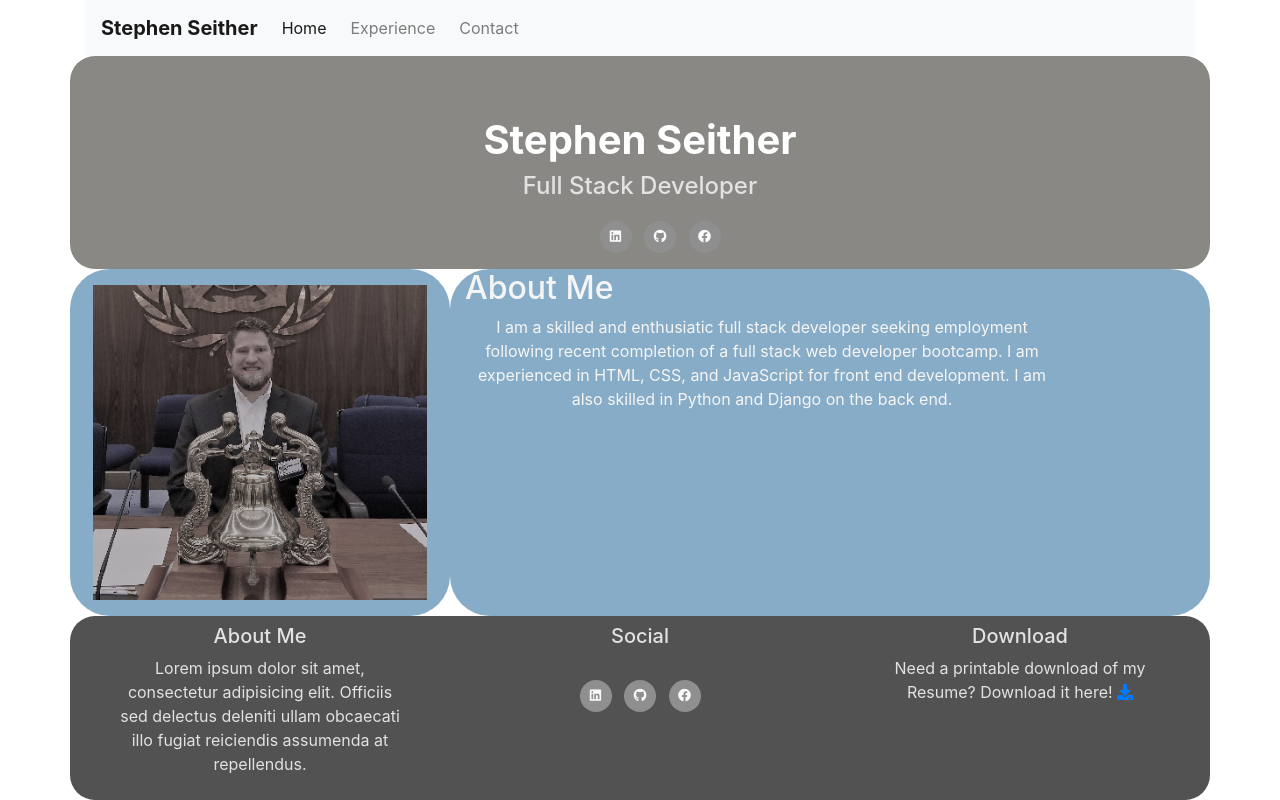
Repository: stephenseither/First-Milestone-Project
Page: index.html
The author's editor kept a record of every edit. The page is drawn from the files as they stood at one moment, then again after the next edit.
The browser window is 1280 px wide. The pictures show the whole page.
Some web libraries are served in a nearby version.

Above is the page before.

After the next edit:
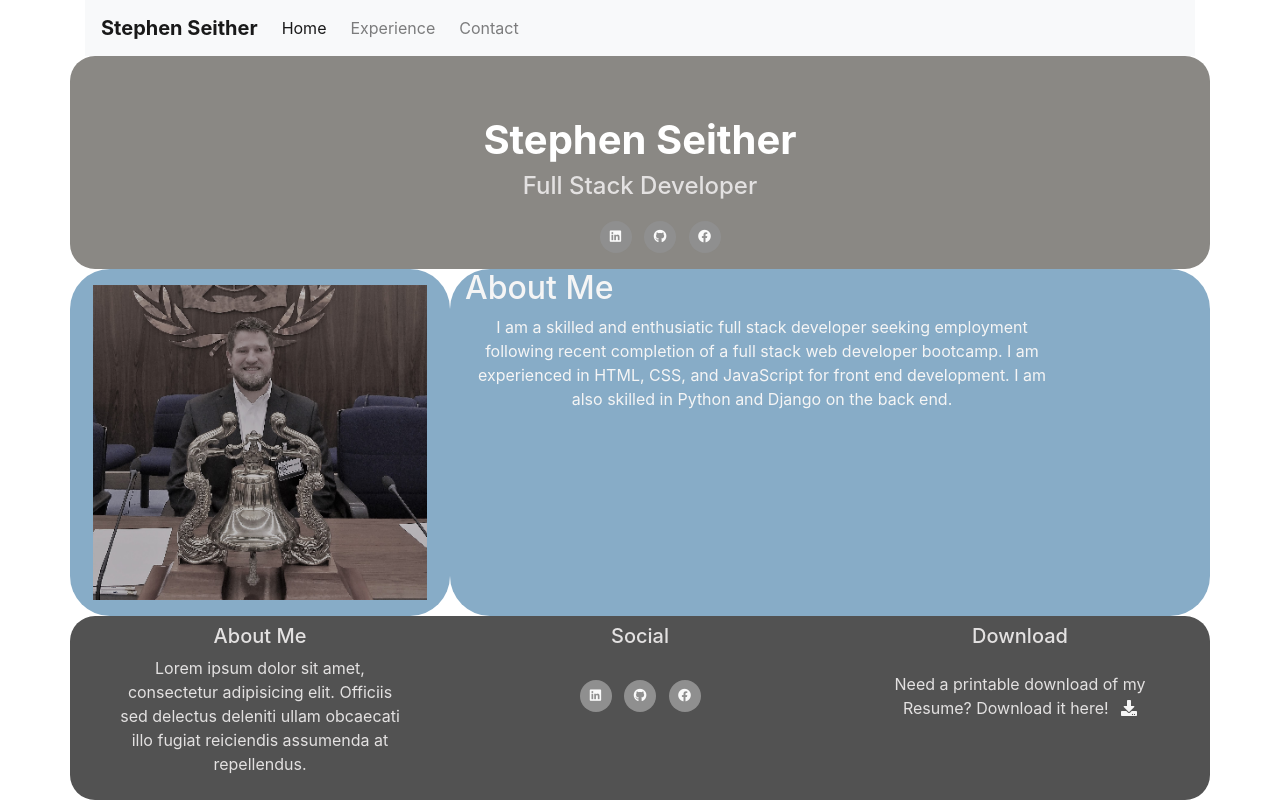
The edit:
--- a/index.html
+++ b/index.html
@@ -116,8 +116,8 @@
                 </div>
                 <div class="col-md-4 px-5 py-2">
                     <h5>Download</h5>
-                    <p>Need a printable download of my Resume? Download it here!
-                        <a href="assets/resume/resume.pdf" target="_blank"><i class="fa fa-download" aria-hidden="true"></i>
+                    <p class="py-3">Need a printable download of my Resume? Download it here!
+                        <a href="assets/resume/resume.pdf" target="_blank" class="resume-pdf"><i class="fa fa-download" aria-hidden="true"></i>
                         <span class="sr-only">Download link.</span>
                         </a>
                     </p>
